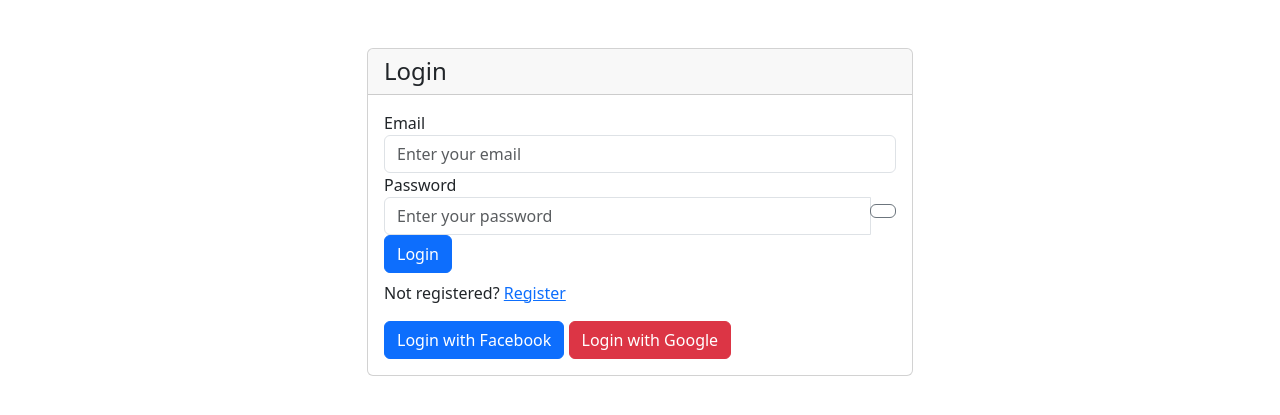
Repository: Anwithgowda/bank-app
Page: http://localhost/movie-book-app/login.jsp
An editor plug-in stored every save of this project. The page is shown before and after the next save, followed by the edit.
The browser window is 1280 px wide. The pictures show the whole page.
Some web libraries are served in a nearby version. The page is served by Tomcat 10.

Above is the page before, as saved 2024-03-01 02:35:56.

After the next save:
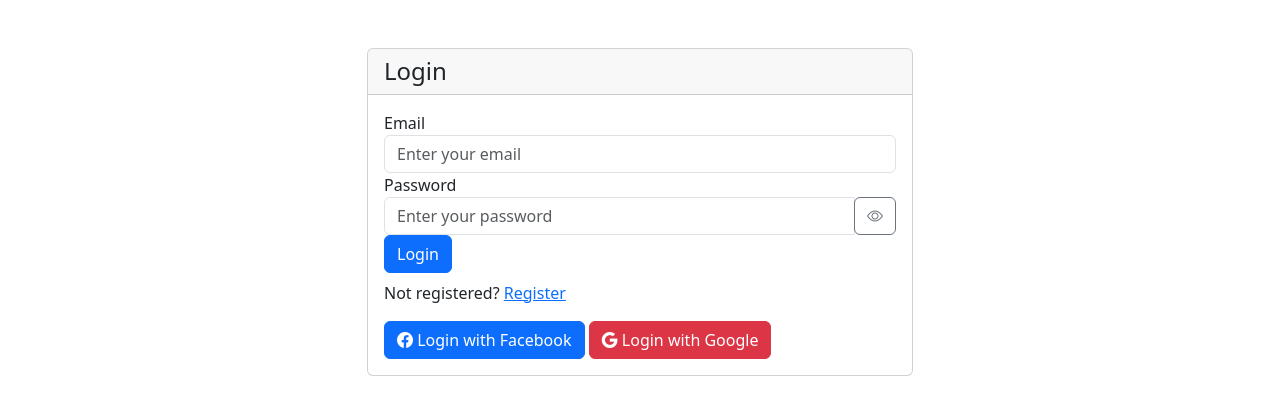
Saved 40 s later.
--- a/movieapp/movie-book-app/src/main/webapp/login.jsp
+++ b/movieapp/movie-book-app/src/main/webapp/login.jsp
@@ -9,6 +9,7 @@
     <link href="https://cdn.jsdelivr.net/npm/bootstrap@5.3.3/dist/css/bootstrap.min.css" rel="stylesheet"
         integrity="sha384-QWTKZyjpPEjISv5WaRU9OFeRpok6YctnYmDr5pNlyT2bRjXh0JMhjY6hW+ALEwIH"
         crossorigin="anonymous">
+    <link href="https://cdn.jsdelivr.net/npm/bootstrap-icons@1.19.0/font/bootstrap-icons.css" rel="stylesheet">
     <script src="https://cdn.jsdelivr.net/npm/bootstrap@5.3.3/dist/js/bootstrap.bundle.min.js"
         integrity="sha384-YvpcrYf0tY3lHB60NNkmXc5s9fDVZLESaAA55NDzOxhy9GkcIdslK1eN7N6jIeHz"
         crossorigin="anonymous"></script>
@@ -44,7 +45,7 @@
                                     <div class="input-group-append">
                                         <button class="btn btn-outline-secondary" type="button"
                                             onclick="togglePasswordVisibility()">
-                                            <i id="eyeIcon" class="bi bi-eye"></i>
+                                            <i class="bi bi-eye"></i>
                                         </button>
                                     </div>
                                 </div>
@@ -52,7 +53,7 @@
                             <button type="submit" class="btn btn-primary">Login</button>
                             <p class="mt-2">Not registered? <a href="form">Register</a></p>
 
-                              <!-- Facebook Login Button (Replace with your actual Facebook login code) -->
+                            <!-- Facebook Login Button (Replace with your actual Facebook login code) -->
                             <button type="button" class="btn btn-primary">
                                 <i class="bi bi-facebook"></i> Login with Facebook
                             </button>
@@ -61,6 +62,7 @@
                             <button type="button" class="btn btn-danger">
                                 <i class="bi bi-google"></i> Login with Google
                             </button>
+
                         </div>
                     </div>
                 </div>
@@ -77,7 +79,7 @@
     <script>
         function togglePasswordVisibility() {
             var passwordInput = document.getElementById("inputPassword");
-            var eyeIcon = document.getElementById("eyeIcon");
+            var eyeIcon = document.querySelector(".bi-eye");
 
             if (passwordInput.type === "password") {
                 passwordInput.type = "text";
